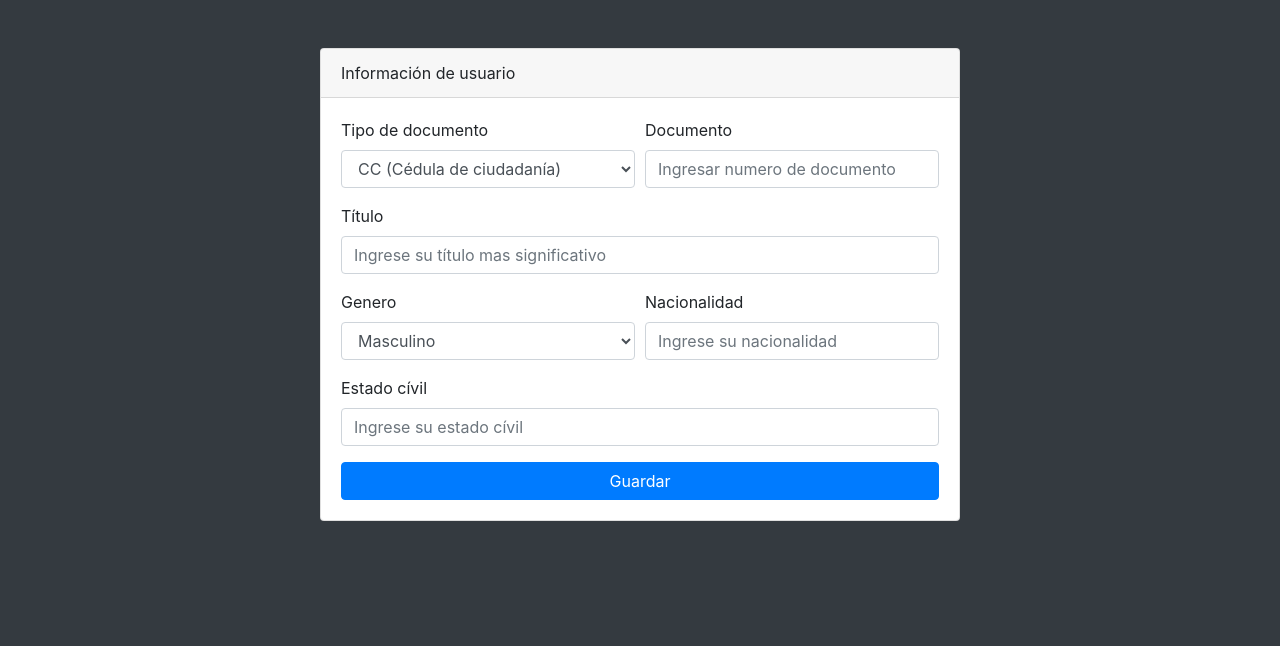
Repository: arnaldosanmartin/RepositorioWeb
Page: startbootstrap-sb-admin-gh-pages/infoUsuario.html
The author's editor kept a record of every edit. The page is drawn from the files as they stood at one moment, then again after the next edit.
The browser window is 1280 px wide. The pictures show the whole page.

Above is the page before.

After the next edit:
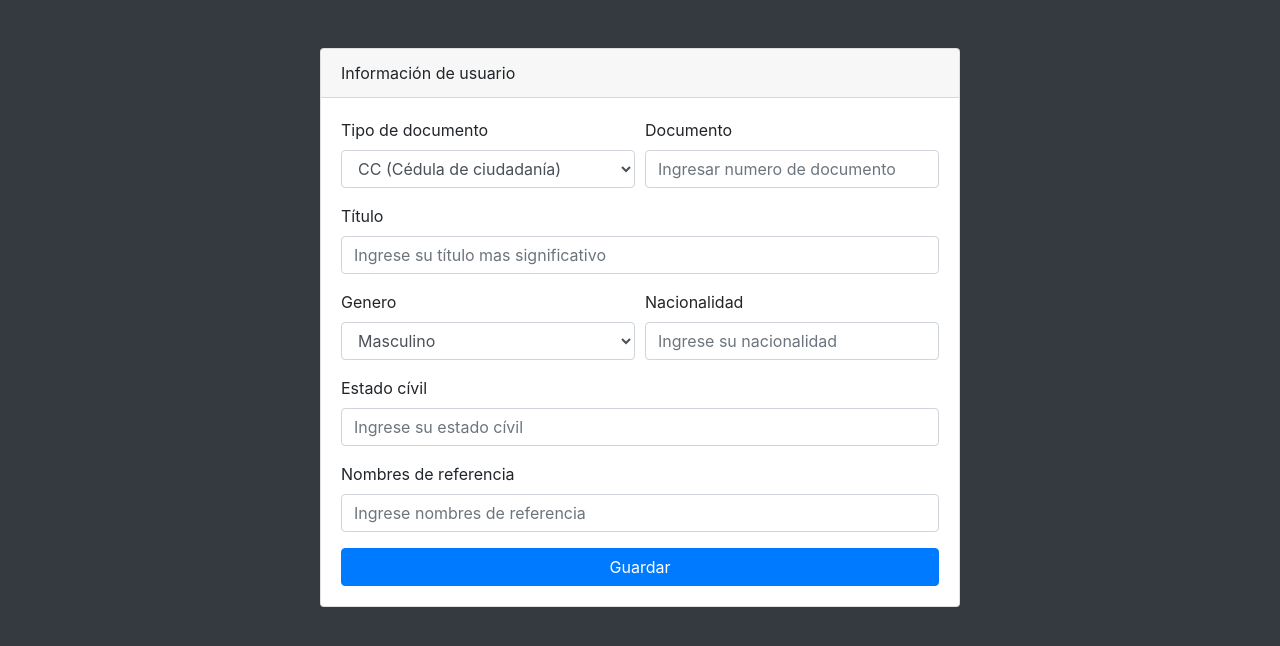
The edit:
--- a/startbootstrap-sb-admin-gh-pages/infoUsuario.html
+++ b/startbootstrap-sb-admin-gh-pages/infoUsuario.html
@@ -65,6 +65,11 @@
             <label for="exampleInputTitulo">Estado c&iacute;vil</label>
             <input class="form-control" id="exampleInputTitulo" type="text" placeholder="Ingrese su estado c&iacute;vil">
           </div>
+           <div class="form-group">
+                <label for="exampleInputDocumento">Nombres de referencia</label>
+              <input required class="form-control" id="exampleInputDoc" type="text" aria-describedby="nameHelp" placeholder="Ingrese nombres de referencia">
+
+              </div>
           <a class="btn btn-primary btn-block" href="login.html">Guardar</a>
         </form>
       </div>
